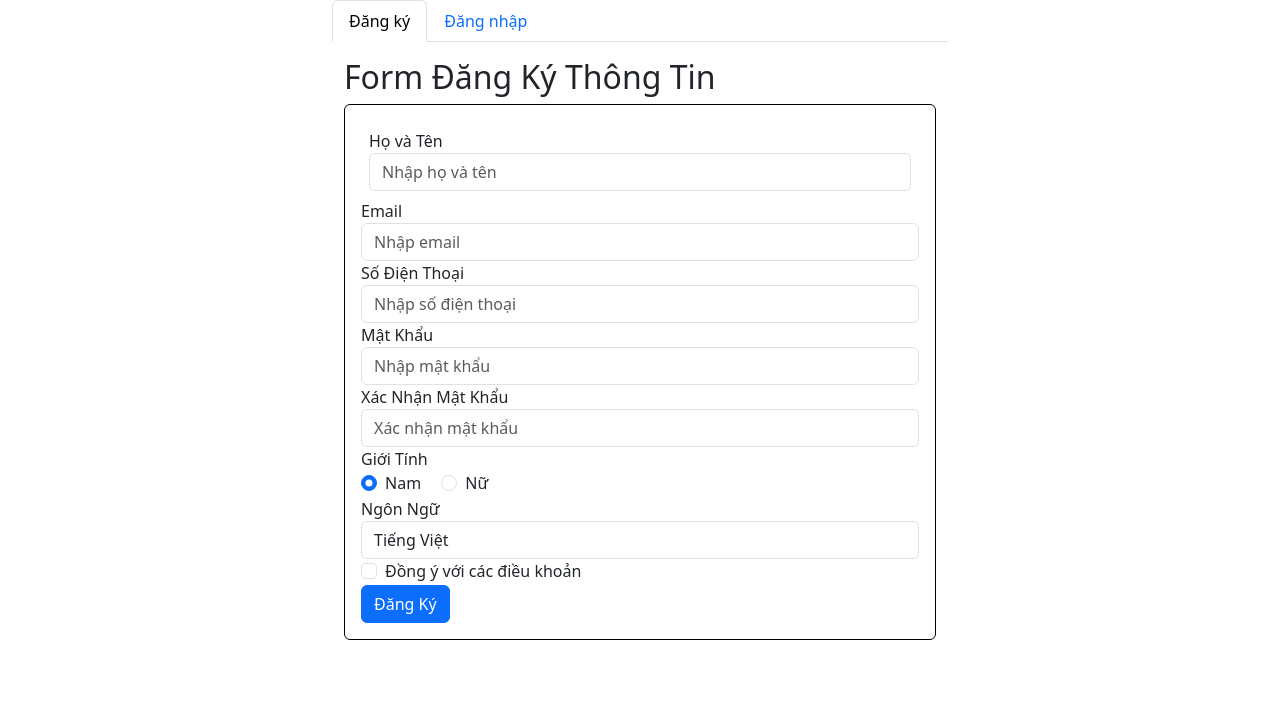
Repository: KizukoHeiwa/SOF308
Page: Lab2/bai3.html
These files come from the project's save history. The page is drawn as it stood at one moment and after the next save; the edit follows.
The browser window is 1280 px wide. The pictures show the whole page.

Above is the page before, as saved 2024-11-07 10:19:23.

### Lab2/bai3.html
<!DOCTYPE html>
<html lang="en">

<head>
    <meta charset="UTF-8">
    <meta name="viewport" content="width=device-width, initial-scale=1.0">
    <title>FPT Polytechnic</title>
</head>

<body>
    <div class="container-fluid w-50">
        <ul class="nav nav-tabs" role="tablist">
            <li class="nav-item">
                <a href="#register" class="nav-link active" data-bs-toggle="tab">Đăng ký</a>
            </li>
            <li class="nav-item">
                <a href="#login" class="nav-link" data-bs-toggle="tab">Đăng nhập</a>
            </li>
        </ul>
        <div class="tab-content">
            <div id="register" class="container tab-pane active mt-3">
                <h2>Form Đăng Ký Thông Tin</h2>
                <form class="border border-black rounded p-3">
                    <div class="form-group m-2">
                        <label for="fullName">Họ và Tên</label>
                        <input type="text" class="form-control" id="fullName" placeholder="Nhập họ và tên">
                    </div>
                    <div class="form-group">
                        <label for="email">Email</label>
                        <input type="email" class="form-control" id="email" placeholder="Nhập email">
                    </div>
                    <div class="form-group">
                        <label for="phoneNumber">Số Điện Thoại</label>
                        <input type="text" class="form-control" id="phoneNumber" placeholder="Nhập số điện thoại">
                    </div>
                    <div class="form-group">
                        <label for="password">Mật Khẩu</label>
                        <input type="password" class="form-control" id="password" placeholder="Nhập mật khẩu">
                    </div>
                    <div class="form-group">
                        <label for="confirmPassword">Xác Nhận Mật Khẩu</label>
                        <input type="password" class="form-control" id="confirmPassword"
                            placeholder="Xác nhận mật khẩu">
                    </div>
                    <div class="form-group">
                        <label>Giới Tính</label><br>
                        <div class="form-check form-check-inline">
                            <input class="form-check-input" type="radio" name="gender" id="genderMale" value="male" checked>
                            <label class="form-check-label" for="genderMale">Nam</label>
                        </div>
                        <div class="form-check form-check-inline">
                            <input class="form-check-input" type="radio" name="gender" id="genderFemale" value="female">
                            <label class="form-check-label" for="genderFemale">Nữ</label>
                        </div>
                    </div>
                    <div class="form-group">
                        <label for="language">Ngôn Ngữ</label>
                        <select class="form-control" id="language">
                            <option>Tiếng Việt</option>
                            <option>English</option>
                        </select>
                    </div>
                    <div class="form-group form-check">
                        <input type="checkbox" class="form-check-input" id="agreeTerms">
                        <label class="form-check-label" for="agreeTerms">Đồng ý với các điều khoản</label>
                    </div>
                    <button type="submit" class="btn btn-primary">Đăng Ký</button>
                </form>
            </div>
            <div id="login" class="container tab-pane fade mt-3">
                <h2>Form Đăng Nhập</h2>
                <form>
                    <div class="form-group">
                        <label for="loginEmail">Email</label>
                        <input type="email" class="form-control" id="loginEmail" placeholder="Nhập email">
                    </div>
                    <div class="form-group">
                        <label for="loginPassword">Mật Khẩu</label>
                        <input type="password" class="form-control" id="loginPassword" placeholder="Nhập mật khẩu">
                    </div>
                    <button type="submit" class="btn btn-primary">Đăng Nhập</button>
                </form>
            </div>
        </div>
    </div>
    <link href="https://cdn.jsdelivr.net/npm/bootstrap@5.3.3/dist/css/bootstrap.min.css" rel="stylesheet">
    <link rel="stylesheet" href="https://cdnjs.cloudflare.com/ajax/libs/font-awesome/6.0.0-beta3/css/all.min.css">
    <script src="https://cdn.jsdelivr.net/npm/bootstrap@5.3.3/dist/js/bootstrap.bundle.min.js"></script>
</body>

</html>

After the next save:
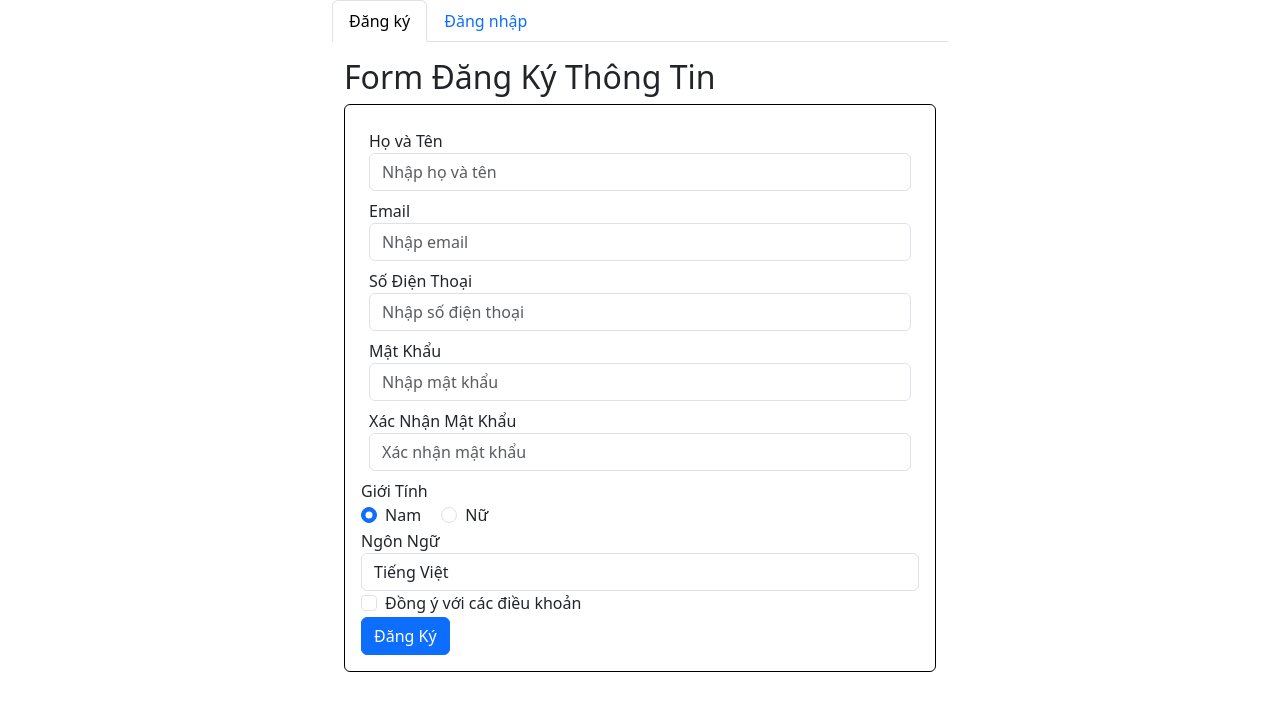
Saved 10 s later.
--- a/Lab2/bai3.html
+++ b/Lab2/bai3.html
@@ -25,19 +25,19 @@
                         <label for="fullName">Họ và Tên</label>
                         <input type="text" class="form-control" id="fullName" placeholder="Nhập họ và tên">
                     </div>
-                    <div class="form-group">
+                    <div class="form-group m-2">
                         <label for="email">Email</label>
                         <input type="email" class="form-control" id="email" placeholder="Nhập email">
                     </div>
-                    <div class="form-group">
+                    <div class="form-group m-2">
                         <label for="phoneNumber">Số Điện Thoại</label>
                         <input type="text" class="form-control" id="phoneNumber" placeholder="Nhập số điện thoại">
                     </div>
-                    <div class="form-group">
+                    <div class="form-group m-2">
                         <label for="password">Mật Khẩu</label>
                         <input type="password" class="form-control" id="password" placeholder="Nhập mật khẩu">
                     </div>
-                    <div class="form-group">
+                    <div class="form-group m-2">
                         <label for="confirmPassword">Xác Nhận Mật Khẩu</label>
                         <input type="password" class="form-control" id="confirmPassword"
                             placeholder="Xác nhận mật khẩu">
